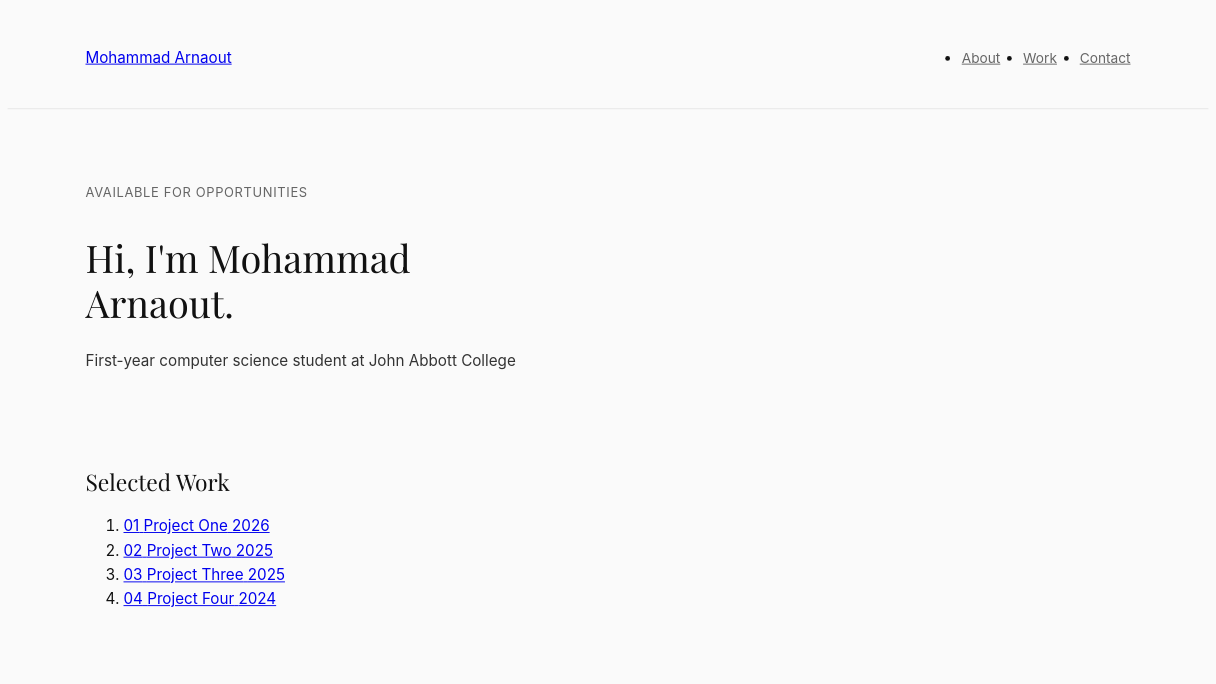
Repository: Moh-Arna/Moh-Arna
Page: index.html
These files come from the project's save history. The page is drawn as it stood at one moment and after the next save; the edit follows.
The browser window is 1280 px wide. The pictures show the whole page, at 95% of full size.
Some web fonts or font styles are not loaded; a fallback is used.

Above is the page before, as saved 2026-04-22 10:14:25.

After the next save:
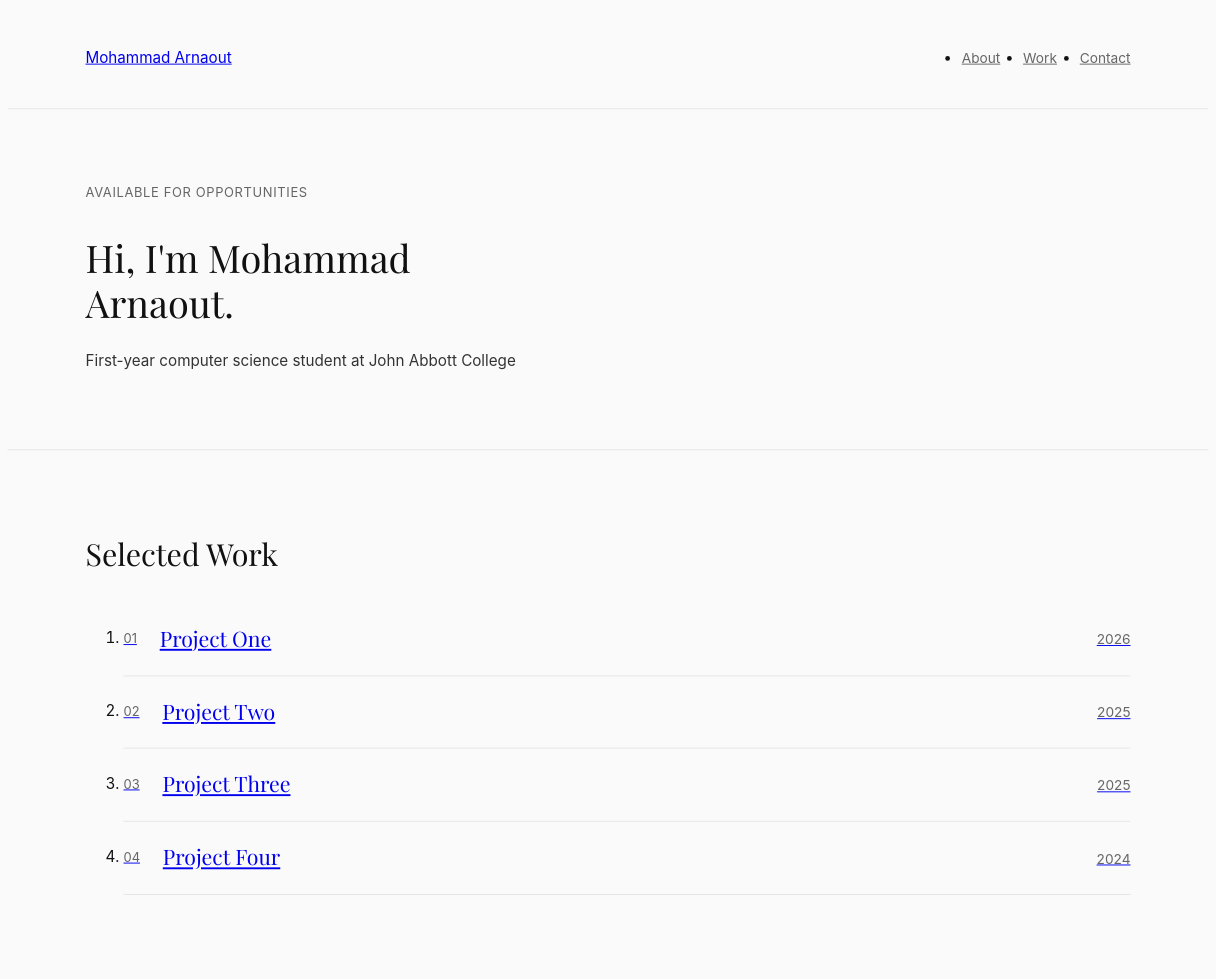
Saved 4 min 38 s later.
--- a/styles/index.css
+++ b/styles/index.css
@@ -46,3 +46,45 @@
     color: #333;
     max-width: 50ch;
 }
+
+.work{
+    padding: 4rem 0;
+    border-top: 1px solid var(--border);
+}
+
+.section-title{
+    font-size: 2rem;
+    margin-bottom: 2rem;
+}
+
+.work-list li{
+    border-bottom: 1px solid var(--border);
+}
+
+.work-item{
+    display: flex;
+    align-items: center;
+    gap: 1.5rem;
+    padding: 1.25rem 0;
+    transition: padding 0.2s;
+}
+
+.work-item:hover{
+    padding-left: 0.5rem;
+}
+
+.work-number{
+    color: var(--muted);
+    font-size: 0.85rem;
+}
+
+.work-title{
+    font-family: 'Playfair Display', serif;
+    font-size: 1.4rem;
+    flex: 1;
+}
+
+.work-year{
+    color: var(--muted);
+    font-size: 0.9rem;
+}
